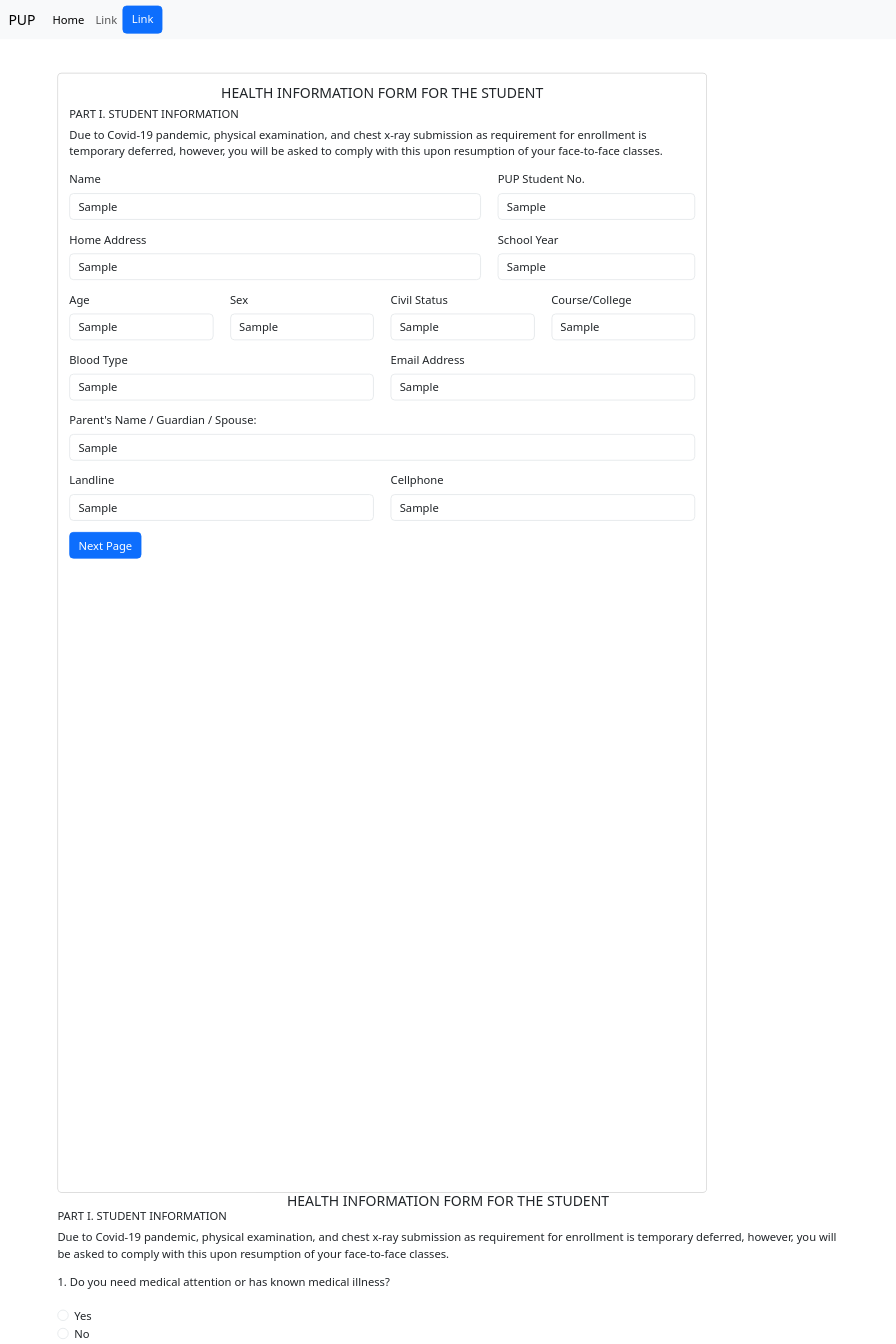
Repository: Nicktacku/webdev
Page: form.html
These files come from the project's save history. The page is drawn as it stood at one moment and after the next save; the edit follows.
The browser window is 1280 px wide. The pictures show the part of the page from y = 0 to 1920 px (the page is 2966 px tall), at 70% of full size.
Empty fields were first filled with sample values (such as "Sample", 5 or name@example.com).
After loading, the first visible `button.btn` was clicked once.

Above is the page before, as saved 2024-07-16 02:12:14.

After the next save:
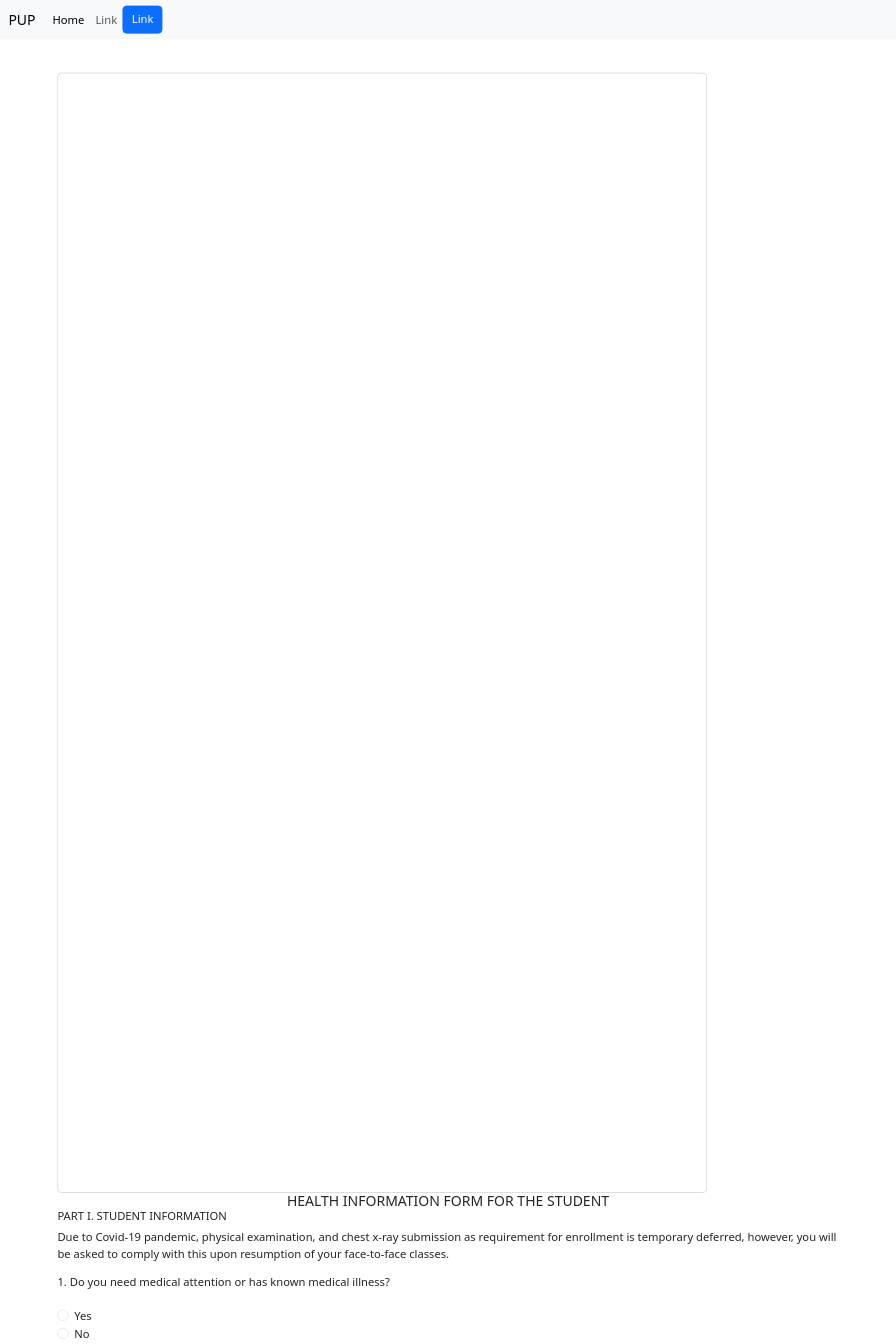
Saved 2 min 55 s later.
--- a/script.js
+++ b/script.js
@@ -1,5 +1,5 @@
 function section2() {
   section1 = document.getElementById("section-1");
   console.log(section1);
-  section1.setAttribute("style", "display: hidden;");
+  section1.setAttribute("style", "display: none;");
 }
